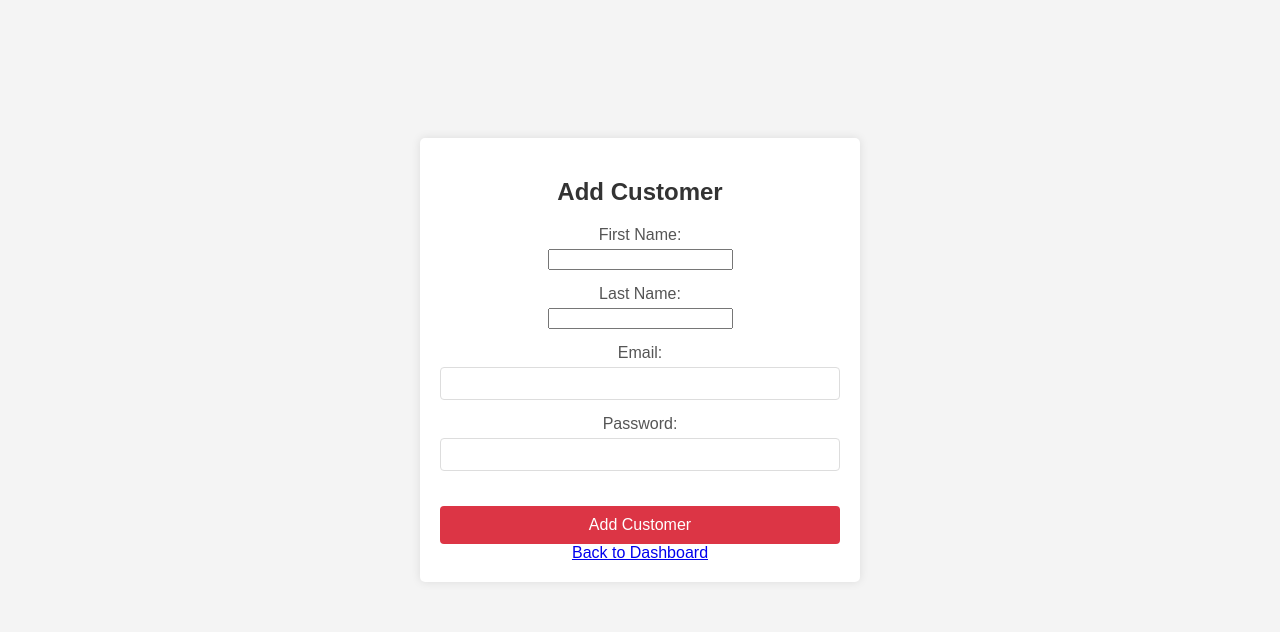
Repository: vinayakGarudi2002/swabhavTrainingProjects
Page: http://localhost/01_banking_application/addCustomer.jsp
An editor plug-in stored every save of this project. The page is shown before and after the next save, followed by the edit.
The browser window is 1280 px wide. The pictures show the whole page.
The page is served by Tomcat 9.

Above is the page before, as saved 2024-08-12 10:47:07.

After the next save:
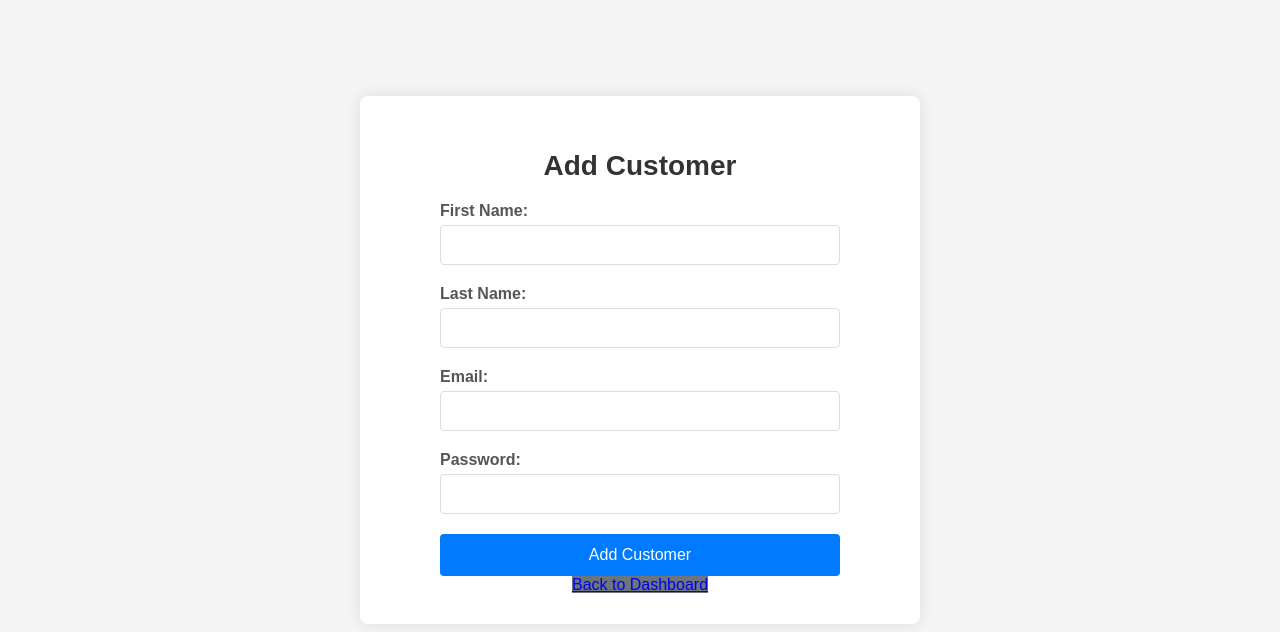
Saved 2 min 14 s later.
--- a/01_banking_application/WebContent/static/css/styles.css
+++ b/01_banking_application/WebContent/static/css/styles.css
@@ -2,50 +2,68 @@
 body {
     font-family: Arial, sans-serif;
     background-color: #f4f4f4;
+    margin: 0;
     display: flex;
     justify-content: center;
     align-items: center;
     height: 100vh;
-    margin: 0;
 }
 
-.login-container {
+.dashboard-container {
     background-color: #fff;
-    padding: 20px;
-    border-radius: 5px;
-    box-shadow: 0 0 10px rgba(0, 0, 0, 0.1);
-    width: 300px;
+    padding: 30px;
+    border-radius: 8px;
+    box-shadow: 0 0 15px rgba(0, 0, 0, 0.1);
+    width: 100%;
+    max-width: 500px;
+    margin: 0 auto;
+    text-align: center;
 }
 
 h2 {
     margin-bottom: 20px;
-    font-size: 24px;
+    font-size: 28px;
     color: #333;
     text-align: center;
 }
 
+.form-container {
+    margin-top: 20px;
+    width: 100%;
+    max-width: 400px;
+    margin: 0 auto;
+}
+
 .form-group {
-    margin-bottom: 15px;
+    margin-bottom: 20px;
+    text-align: left;
 }
 
 label {
     display: block;
     margin-bottom: 5px;
     color: #555;
+    font-weight: bold;
 }
 
+input[type="text"],
 input[type="email"],
 input[type="password"] {
     width: 100%;
-    padding: 8px;
+    padding: 10px;
     box-sizing: border-box;
     border: 1px solid #ddd;
     border-radius: 4px;
+    font-size: 16px;
 }
 
-button {
+.form-actions {
+    text-align: center;
+}
+
+button.btn {
     width: 100%;
-    padding: 10px;
+    padding: 12px;
     background-color: #007bff;
     color: white;
     border: none;
@@ -54,74 +72,29 @@ button {
     font-size: 16px;
 }
 
-button:hover {
+button.btn:hover {
     background-color: #0056b3;
 }
 
-.error-message {
-    color: #80ff80;
-    margin-top: 10px;
-    text-align: center;
+.btn-secondary {
+    margin-top: 20px;
+    background-color: #6c757d;
 }
 
-/* Additional styles for dashboard */
-.dashboard-container {
-    background-color: #fff;
-    padding: 20px;
-    border-radius: 5px;
-    box-shadow: 0 0 10px rgba(0, 0, 0, 0.1);
-    width: 400px;
-    margin: 50px auto;
-    text-align: center;
+.btn-secondary:hover {
+    background-color: #5a6268;
 }
 
-.admin-actions {
-    list-style-type: none;
-    padding: 0;
-    margin: 20px 0;
-}
-
-.admin-actions li {
-    margin: 10px 0;
-}
-
-.admin-actions a {
-    text-decoration: none;
-    color: #007bff;
-    font-size: 18px;
-}
-
-.admin-actions a:hover {
-    text-decoration: underline;
-}
-
-button {
-    width: 100%;
-    padding: 10px;
-    background-color: #dc3545;
-    color: white;
-    border: none;
-    border-radius: 4px;
-    cursor: pointer;
-    font-size: 16px;
-    margin-top: 20px;
-}
-
-button:hover {
-    background-color: #c82333;
-}
-
-
 .error-message {
-    color: green;
+    color: #dc3545;
     font-weight: bold;
-    margin-top: 20px;
+    margin-top: 10px;
     text-align: center;
 }
 
 .succes-message {
     color: green;
     font-weight: bold;
-    margin-top: 20px;
+    margin-top: 10px;
     text-align: center;
 }
